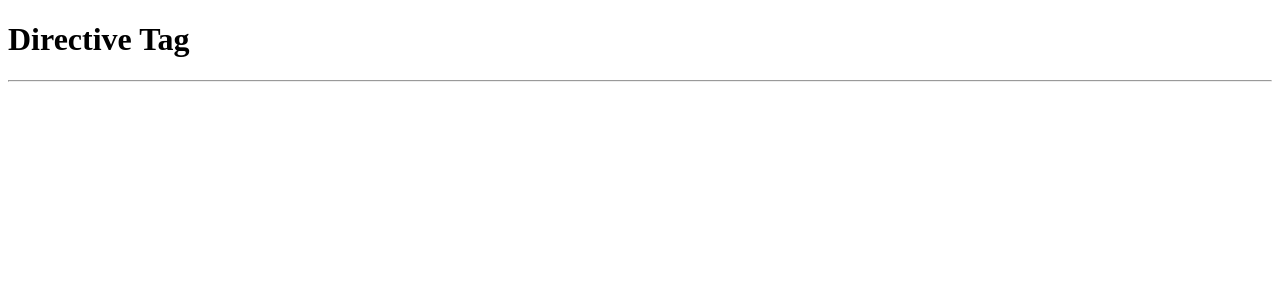
Repository: minjuleee/Server_study
Page: http://localhost/web/05_directive.jsp
These files come from the project's save history. The page is drawn as it stood at one moment and after the next save; the edit follows.
The browser window is 1280 px wide. The pictures show the whole page.
The page is served by Tomcat 10. Other server files are loaded and not shown.

Above is the page before, as saved 2025-11-18 13:47:01.

### dev/web/src/main/webapp/05_directive.jsp
<%@ page language="java" contentType="text/html; charset=UTF-8"
    pageEncoding="UTF-8"%>
<%@ page info="Date class를 이용한 현재 날짜 출력" %>
<!DOCTYPE html>
<html>
<head>
<meta charset="UTF-8">
<title>Directive</title>
</head>
<body>
	<h1>Directive Tag</h1>
	<hr>
</body>
</html>

After the next save:
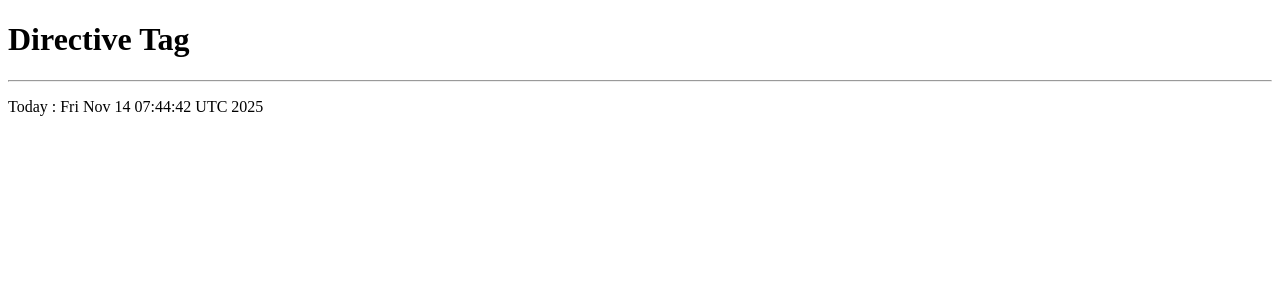
Saved 60 s later.
--- a/dev/web/src/main/webapp/05_directive.jsp
+++ b/dev/web/src/main/webapp/05_directive.jsp
@@ -1,6 +1,7 @@
 <%@ page language="java" contentType="text/html; charset=UTF-8"
     pageEncoding="UTF-8"%>
 <%@ page info="Date class를 이용한 현재 날짜 출력" %>
+<%@ page import="java.util.Date" %>
 <!DOCTYPE html>
 <html>
 <head>
@@ -10,5 +11,6 @@
 <body>
 	<h1>Directive Tag</h1>
 	<hr>
+	<p>Today : <%=new Date() %></p>
 </body>
 </html>
